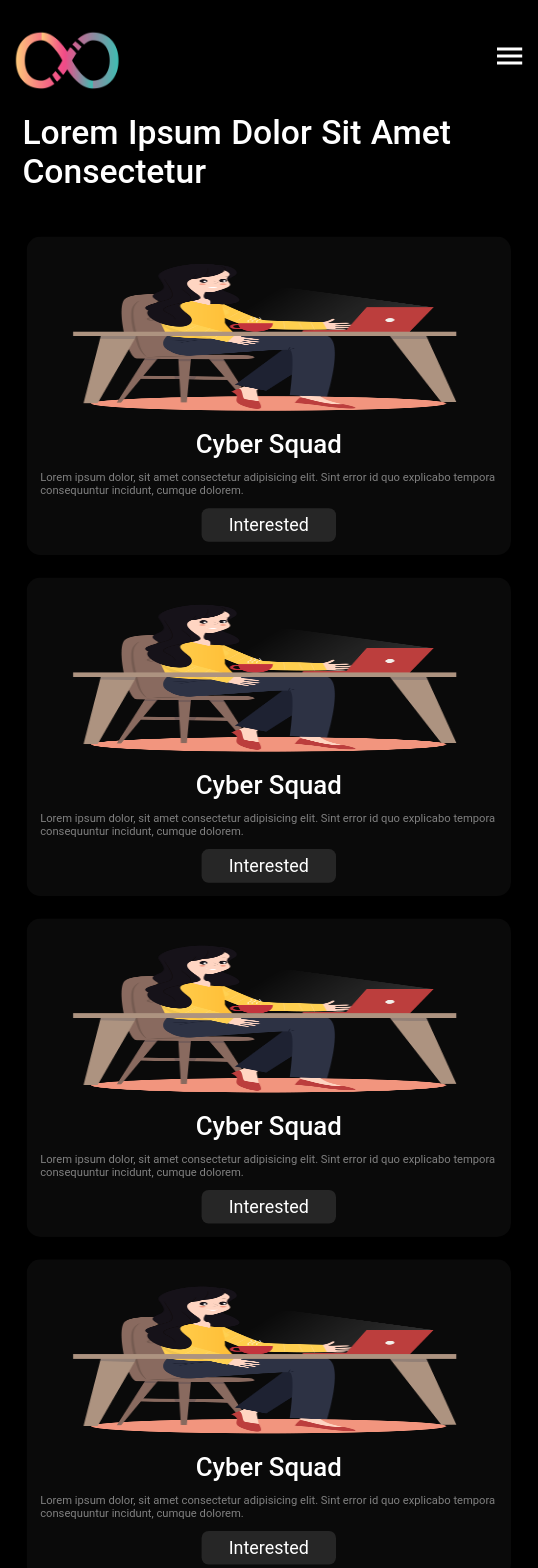
Repository: kapil4457/vizion-internship-project
Page: /
These files come from the project's save history. The page is drawn as it stood at one moment and after the next save; the edit follows.
The browser window is 768 px wide. The pictures show the part of the page from y = 0 to 2240 px (the page is 3406 px tall before and 2059 px after), at 70% of full size.
The project was rebuilt for these pictures with package versions that can differ from the ones it lists, and the page was loaded fresh each time. Also part of the build but not shown: src/index.css.

Above is the page before, as saved 2022-10-29 11:05:21.

After the next save:
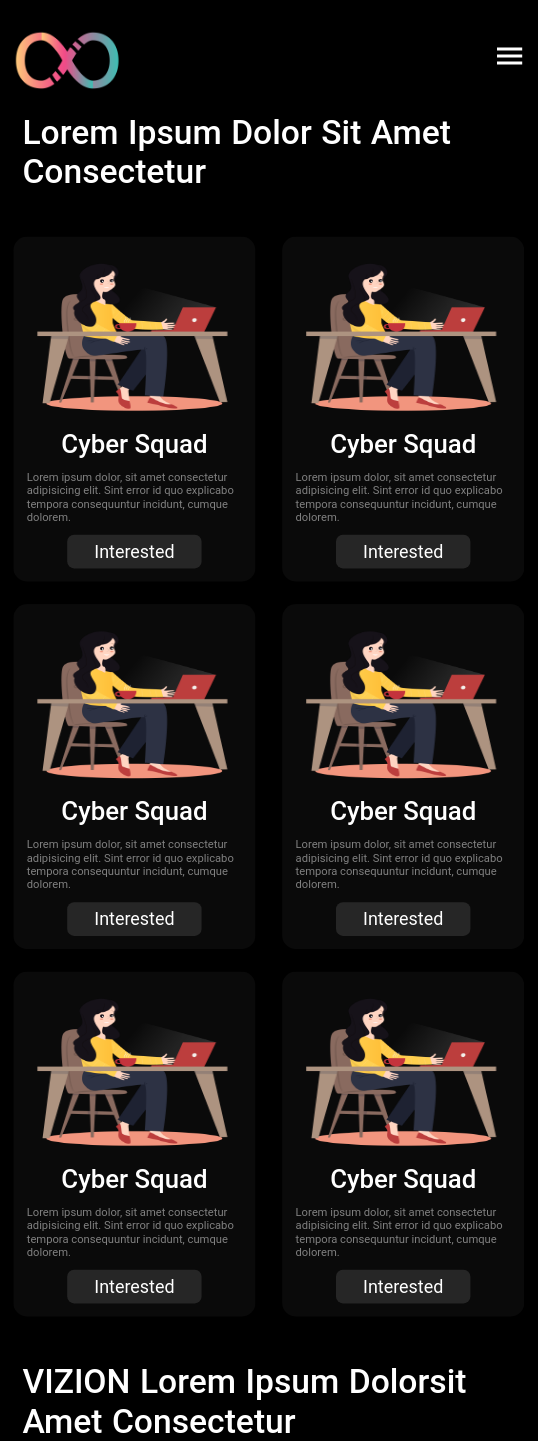
Saved 19 s later.
--- a/src/components/Home/Home.css
+++ b/src/components/Home/Home.css
@@ -40,3 +40,11 @@ font-size:3rem;
 
 }
 }
+
+
+@media (max-width:900px ){
+
+    .main-home > .home-card-container{
+        grid-template-columns: 1fr 1fr;
+    }
+}

After the save that followed:
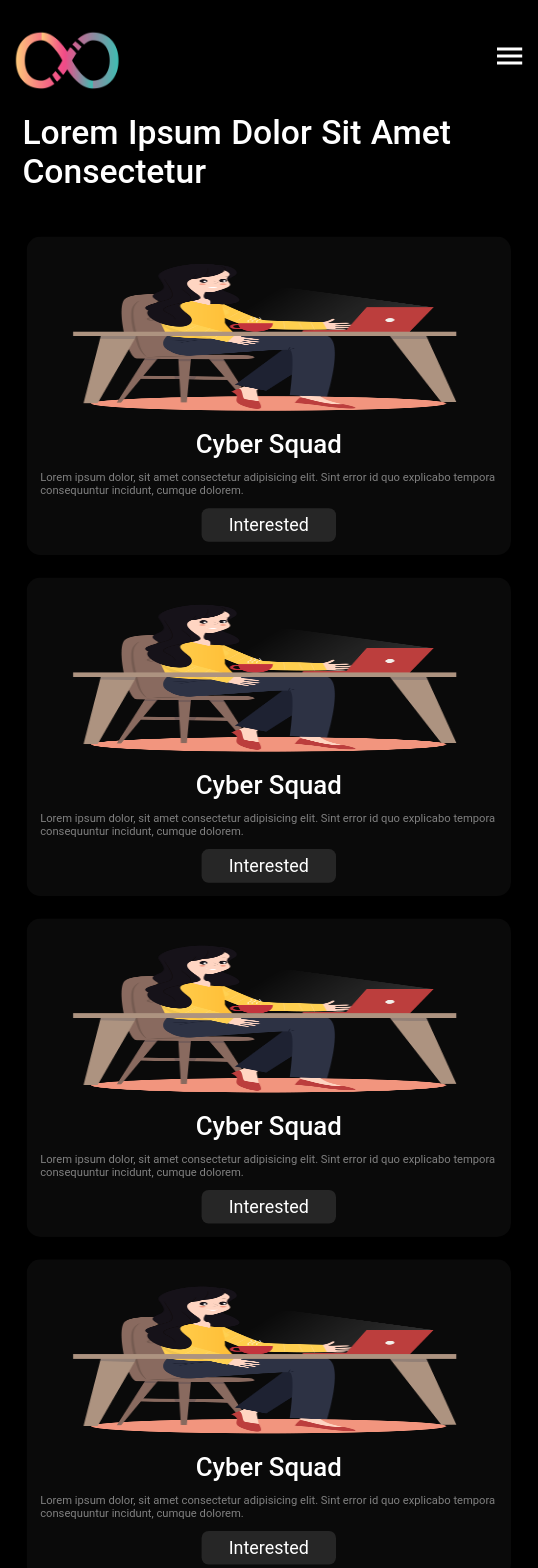
Saved 10 s later.
--- a/src/components/Home/Home.css
+++ b/src/components/Home/Home.css
@@ -45,6 +45,6 @@ font-size:3rem;
 @media (max-width:900px ){
 
     .main-home > .home-card-container{
-        grid-template-columns: 1fr 1fr;
+        grid-template-columns: 1fr ;
     }
 }
